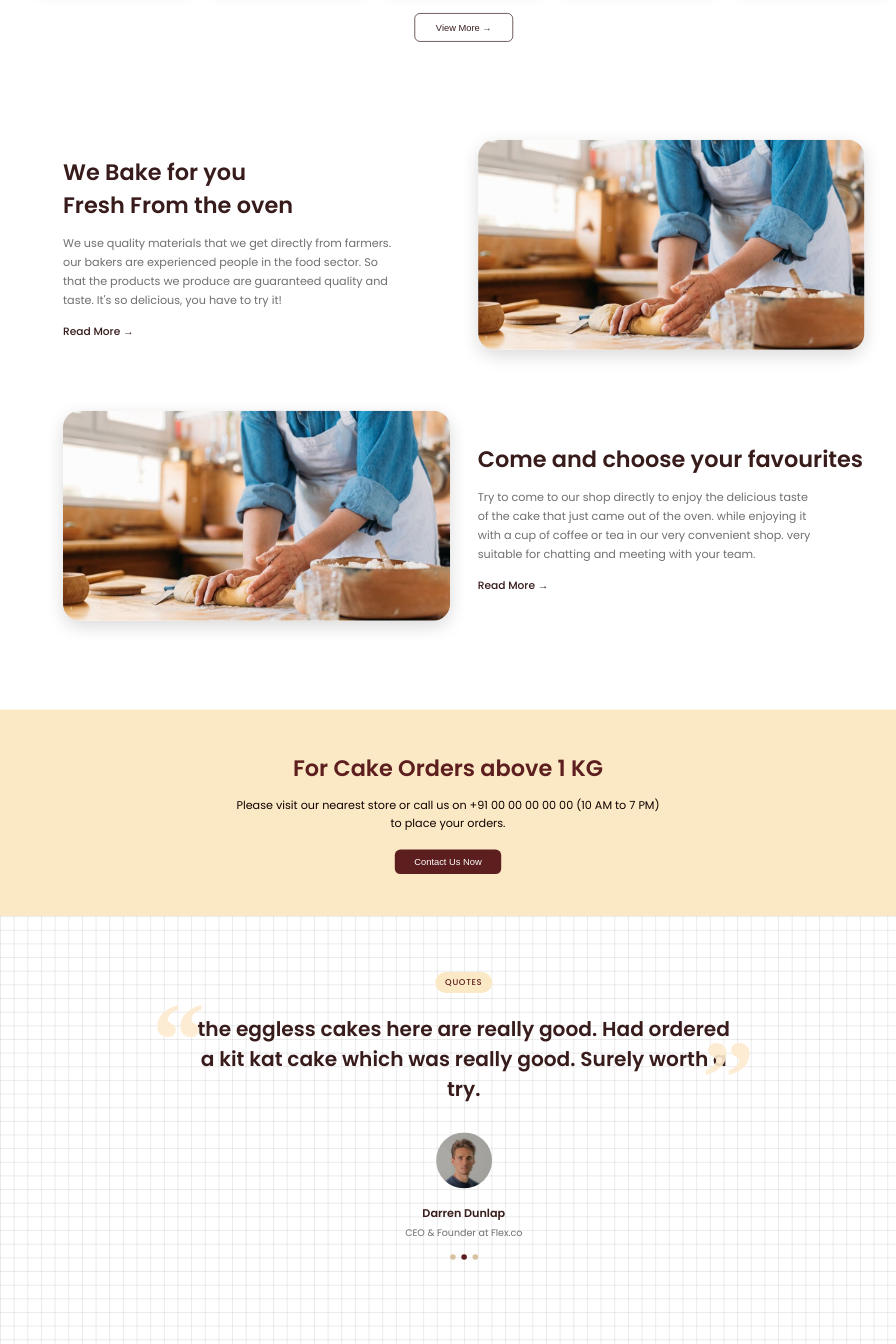
Repository: josegabrielzevallos/chocobrat-bakery-website
Page: index.html
These files come from the project's save history. The page is drawn as it stood at one moment and after the next save; the edit follows.
The browser window is 1280 px wide. The pictures show the part of the page from y = 1014 to 2934 px (the page is 2934 px tall), at 70% of full size.

Above is the page before, as saved 2025-11-20 17:37:11.

After the next save:
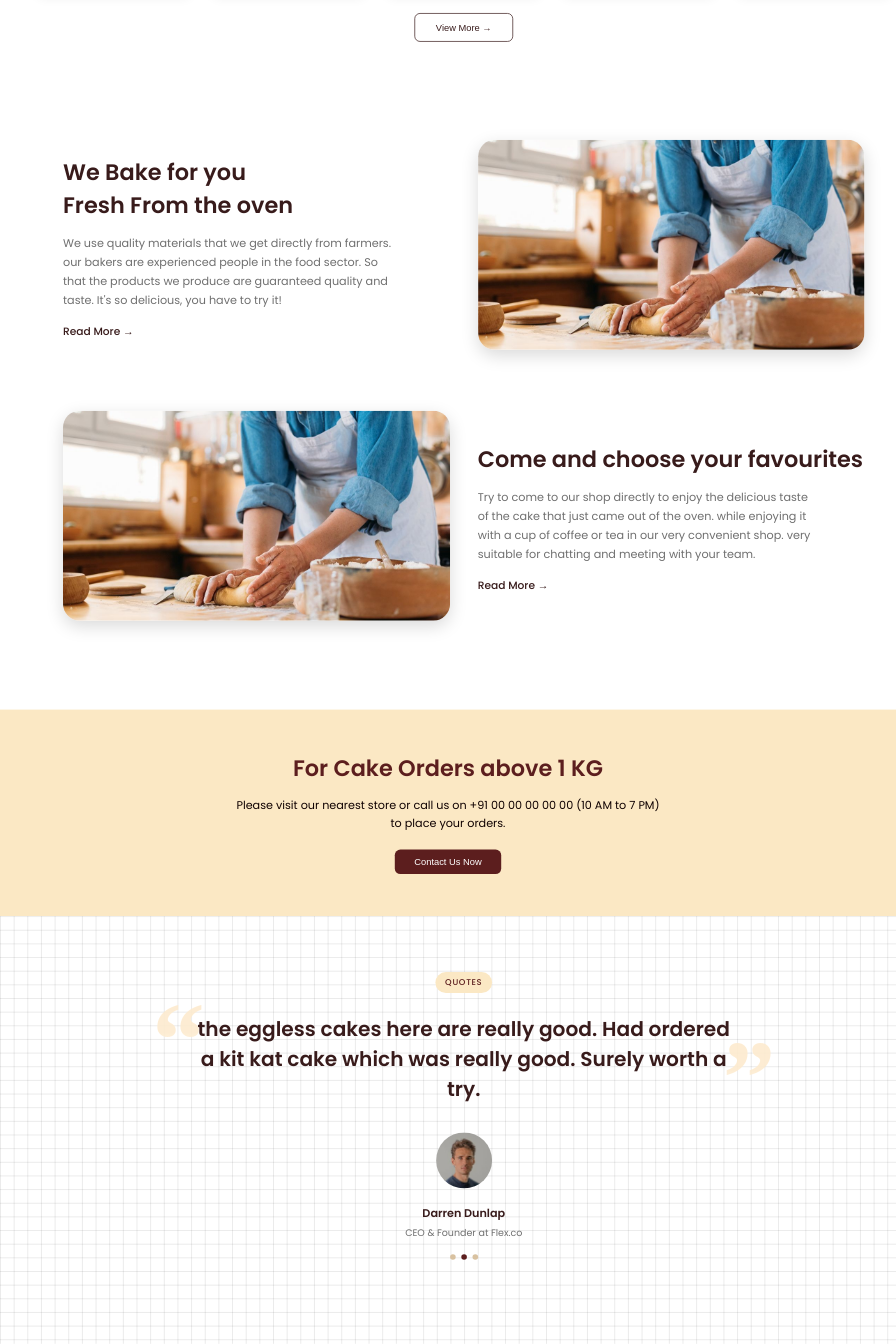
Saved 5 s later.
--- a/styles.css
+++ b/styles.css
@@ -426,7 +426,7 @@ header {
 
 .quote-text::after {
     content: "”";
-    right: -25px;
+    right: -55px;
     bottom: -75px;
 }
 
